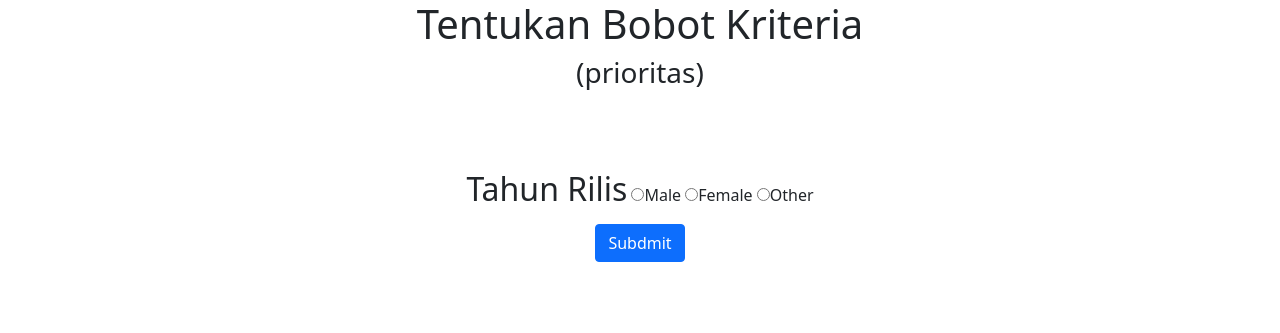
Repository: aqordeon/SPKWP
Page: http://localhost/hitungKriteria.php
These files come from the project's save history. The page is drawn as it stood at one moment and after the next save; the edit follows.
The browser window is 1280 px wide. The pictures show the whole page.
The page is run by PHP 8.4 with error messages shown; the project is at /var/www/html/. Queries for data that is not in the repository find no rows.

Above is the page before, as saved 2021-01-01 23:44:00.

### hitungKriteria.php
<?php
        session_start();
        include "koneksi.php";

    ?><html lang="en">
<head>
    <meta charset="UTF-8">
    <meta name="viewport" content="width=device-width, initial-scale=1.0">
    <title>Document</title>
    <link href="https://cdn.jsdelivr.net/npm/bootstrap@5.0.0-beta1/dist/css/bootstrap.min.css" rel="stylesheet" integrity="sha384-giJF6kkoqNQ00vy+HMDP7azOuL0xtbfIcaT9wjKHr8RbDVddVHyTfAAsrekwKmP1" crossorigin="anonymous">

</head>
<body>
    <div class="container">
    <center>
        <h1>Tentukan Bobot Kriteria</h1>
        <h3>(prioritas)</h3>

        <br><br><br>



            <?php

                $tabelkriteria = mysqli_query($con, "SELECT * FROM tb_kriteria");
                $baristabelkriteria = mysqli_num_rows($tabelkriteria);
            ?>

            <div class="container">

                <form method="post" action="" enctype='multipart/form-data'>
                    <h2 style="display: inline;">Tahun Rilis</h2>
                    <input type="radio" id="male" name="gender" value="male"><label for="male">Male</label>
                    <input type="radio" id="female" name="gender" value="female"><label for="female">Female</label>
                    <input type="radio" id="other" name="gender" value="other"><label for="other">Other</label>


                </form>


            </div>


            <a href="hitung_vektor.php" class="btn btn-primary" name='kriteria_submit'>Subdmit</a>   <!-- mengarah ke hitung_vektor.php -->

    </center>

    <?php
        if(isset($_POST['kriteria_submit'])){

            $_SESSION["bobotkriteria_tahunrilis"] = $_POST["optradio_tahunrilis"];
            echo "<div class='alert alert-info'>Query berhasil dan file telah dipindah.</div>";
                    echo "<meta http-equiv='refresh' content='4;url=hitung_vektor.php'>";

        }
    ?>


</div>
</body>
</html>

### koneksi.php
<?php
    $servername = "localhost";
    $username = "root";
    $password = "";
    $database = "db_spkwp";

    $con = mysqli_connect($servername, $username, $password, $database);

    // $ambilparagraf = $con->query("SELECT * FROM paragraph");
    // $cekdbparagraf = $ambilparagraf->fetch_assoc();
?>

After the next save:
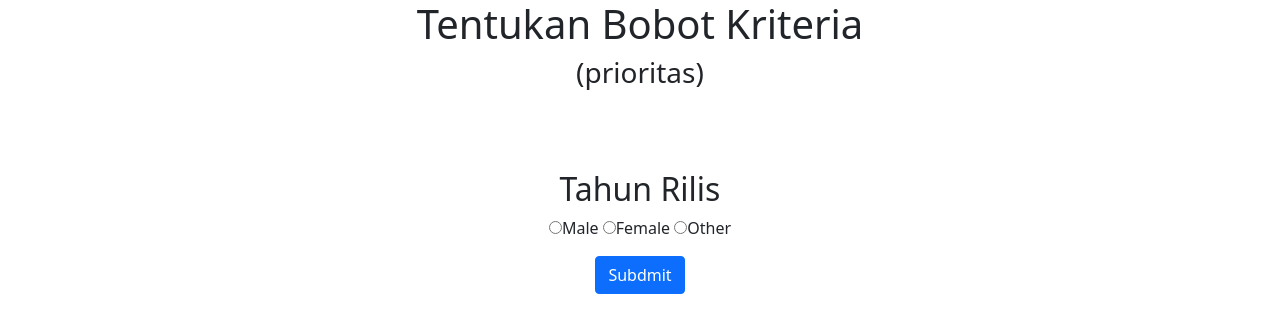
Saved 8 s later.
--- a/hitungKriteria.php
+++ b/hitungKriteria.php
@@ -29,7 +29,7 @@
             <div class="container">
 
                 <form method="post" action="" enctype='multipart/form-data'>
-                    <h2 style="display: inline;">Tahun Rilis</h2>
+                    <h2 style="">Tahun Rilis</h2>
                     <input type="radio" id="male" name="gender" value="male"><label for="male">Male</label>
                     <input type="radio" id="female" name="gender" value="female"><label for="female">Female</label>
                     <input type="radio" id="other" name="gender" value="other"><label for="other">Other</label>
